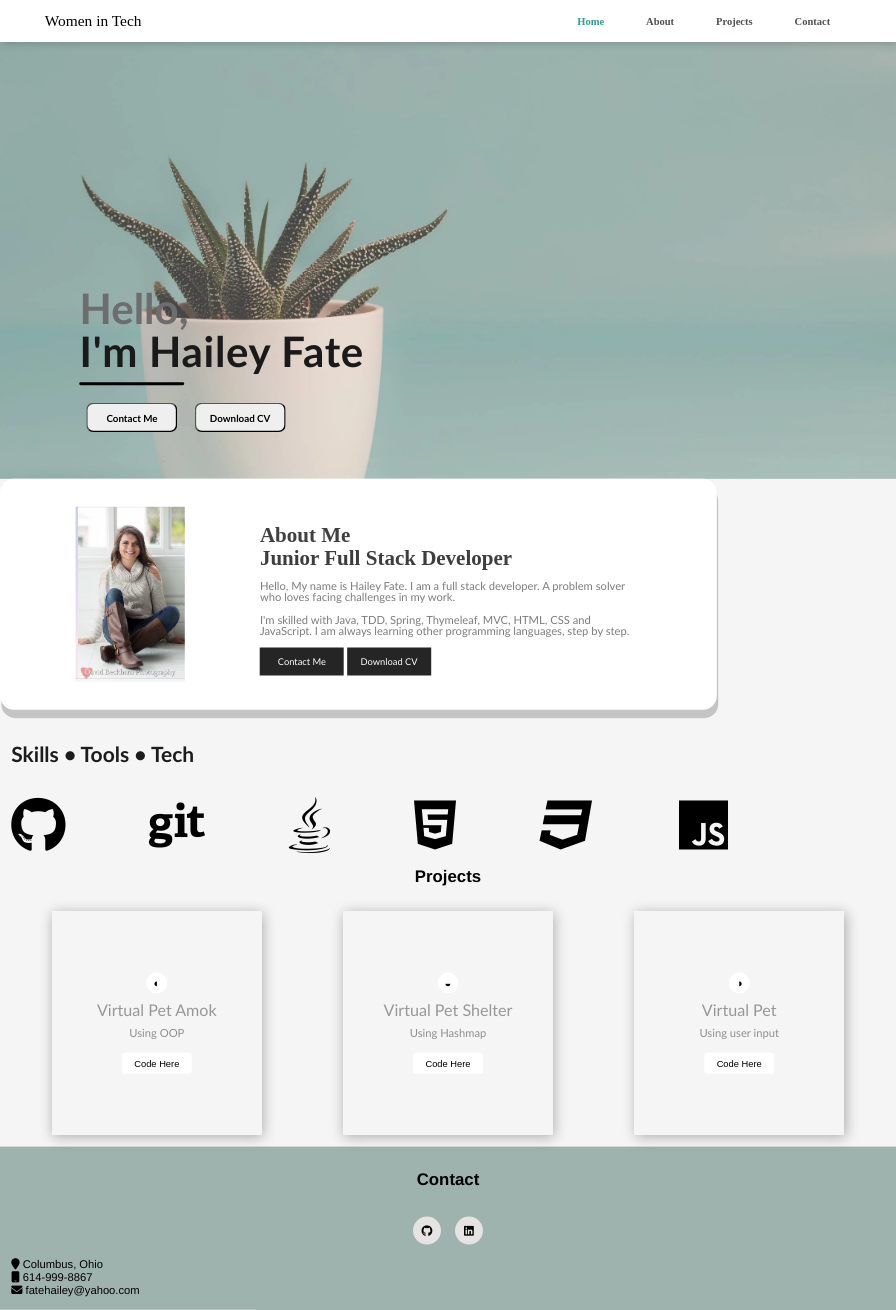
Repository: fatehailey/fatehailey.github.io
Page: index.html
These files come from the project's save history. The page is drawn as it stood at one moment and after a run of saves; the edit follows.
The browser window is 1280 px wide. The pictures show the whole page, at 70% of full size.
Some web libraries are served in a nearby version.

Above is the page before, as saved 2022-07-25 15:24:25.

### index.html
<!DOCTYPE html>
<html lang="en">

<head>
    <meta charset="UTF-8">
    <meta http-equiv="X-UA-Compatible" content="IE=edge">
    <meta name="viewport" content="width=device-width, initial-scale=1.0">
    <title>Professional Portfolio Website</title>
    <link rel="stylesheet" type="text/css" href="./style.css">
    <script src="https://kit.fontawesome.com/aba5373111.js" crossorigin="anonymous"></script>
</head>
<section>
    <!--------Navbar-->
    <nav>
        <header class="logo"> Women in Tech</header>
        <!--menu-->
        <ul>
            <li><a href="#" class="active">Home</a></li>
            <li><a href="#about">About</a></li>
            <li><a href="#projects">Projects</a></li>
            <li><a href="#contact-form">Contact</a></li>
        </ul>
    </nav>
    <!--text-->
    <div class="text-container">
        <p>Hello,</p>
        <p>I'm Hailey Fate</p>
        <p class="line"></p>
        <a href = "mailto: fatehailey@.com">
        <button id="contact-form">Contact Me</button></a>
        <a href="Resume -JAVA.pdf">
            <button>Download CV</button>
        </a>

    </div>
</section>
<div class="about-container">
    <!--img-->
    <img src="20638533_10207488042478732_6104525529025967976_n.jpg" />
    <!--about-me-text-->
    <div class="about-text">
        <p id="about">About Me</p>
        <p>Junior Full Stack Developer</p>
        <p>Hello, My name is Hailey Fate. I am a full stack developer. A problem solver who loves facing challenges in
            my work. </p>
        <p>I'm skilled with Java, TDD, Spring, Thymeleaf, MVC, HTML, CSS and JavaScript. I am always learning other
            programming languages, step by step.</p>
        <button id="contacts">Contact Me</button>
        <button onclick="Resume -JAVA.pdf">Download CV</button>
    </div>
</div>

<!--Project-->
<div class="skills">
    <!--text-->
    <div class="skills-text ">
        <p>Skills • Tools • Tech</p>
    </div>
    <div class="column">
        <i class="fa-brands fa-github"></i>
        <i class="fa-brands fa-git"></i>
        <i class="fa-brands fa-java"></i>
        <i class="fa-brands fa-html5"></i>
        <i class="fa-brands fa-css3"></i>
        <i class="fa-brands fa-js"></i>
    </div>
</div>
<h2 id="projects" style="text-align:center">Projects </h2>
<div class="box-container">
    <!--1------------->
    <div class="box-1">
        <span>◐</span>
        <p class="heading">Virtual Pet Amok</p>
        <p class="details">Using OOP</p>
        <a href="https://github.com/2022-April-Java-PT-Classroom/virtual-pet-amok-fatehailey">
            <button>Code Here</button>
        </a>
    </div>
    <!--2------------->
    <div class="box-2">
        <span>◒</span>
        <p class="heading">Virtual Pet Shelter</p>
        <p class="details">Using Hashmap</p>
        <a href="https://github.com/2022-April-Java-PT-Classroom/virtual-pet-shelter-fatehailey">
            <button>Code Here</button>
        </a>
    </div>
    <!--3------------->
    <div class="box-3">
        <span>◑</span>
        <p class="heading">Virtual Pet</p>
        <p class="details">Using user input</p>
        <a href="https://github.com/2022-April-Java-PT-Classroom/virtual-pet-fatehailey">
            <button>Code Here</button>
        </a>
    </div>
</div>
<footer>
    <div class="social-footer">
        <h2 id="contacts" style="text-align:center">Contact</h2>
        <div class="social-icons">
            <a href="https://github.com/fatehailey"><i class="fa-brands fa-github"></i></a>
            <a href="https://www.linkedin.com/in/haileyfate/"><i class="fa-brands fa-linkedin"></i></a>
        </div>
        <div class="place">
            <span class="fa-solid fa-location-pin"></span>
            <span class="text">Columbus, Ohio</span>
        <div class="phone">
            <span class="fa-solid fa-mobile"></span>
            <span class="text">614-999-8867</span>
        </div>
        <div class="email">
            <span class="fa-solid fa-envelope"></span>
            <span class="text">fatehailey@yahoo.com</span>
        </div>

    </div>
</footer>
</body>
</html>

### style.css

body{
    background-color: #f6f5f5;
    margin: 0;
    padding: 0px;
    font-family: 'Franklin Gothic Medium', 'Arial Narrow', Arial, sans-serif;
}
ul{
    list-style: none;
}
a{
    text-decoration: none;
}
section{
    width: 100%;
    height: 95vh;
    background-image: url('pexels-photo-1445416.webp');
    background-repeat: no-repeat;
    background-size: cover;
}
nav{
    display: flex;
    justify-content: space-between;
    align-items: center;
    height: 60px;
    background-color: #FFFFFF;
    box-shadow: 2px 2px 12px rgba(0,0,0,0.2);
    padding: 0px 5%;
}
nav ul{
    display: flex ;
}
nav ul li a{
    margin:30px;
    font-family: myraid pro regular;
    color:#505050;
    font-size: 15px;
    font-weight: 700;
}
.logo{
    font-family: RoadTest;
    color: #000000;
    font-size: 22px;
}
.active{
   font-weight:bold;
   color: #2e9e93;
}
.text-container p:nth-child(1){
    font-family: calibri;
    font-weight: bold;
    color: #6d6d6d;
    font-size: 60px;
    padding-bottom: 1rem;
}
.text-container p:nth-child(2){
    font-family: calibri;
    font-weight: bold;
    letter-spacing: 1px;
    color: #1a1a1a;
    font-size: 60px;
}
.text-container p:nth-child(3){
    font-family: myrid pro regular;
    color: #403e3e;
    font-size: 30px;
    line-height: 30px;
}
.text-container p{
    line-height: 0px;
    margin: 45px 0px 25px;
}
.line{
    width: 150px;
    height: 4px;
    background: #000000;
    margin: 10px auto;
    border-radius: 5px;
}
.text-container{
    position: absolute;
    left: 13%;
    top:42%;
    transform: translate(-13%, 42%);
}
.text-container button{
    width:130px;
    height: 42px;
    border-radius: 10px;
    font-family: calibri;
    font-weight: bold;
    font-size: 14px;
    outline:none;
    margin:0px 10px;
}
.abtme{
    border:2px solid #373636;
    color: #373636;
}
.down-cv{
    background-color: #0b0b0b;
    color: #FFFFFF;
    border: none;
}
button:active{
    transform:scale(1.1);
}

.about-container{
    width: 80%;
    height:330px;
    background-color: #ffffff;
    border-radius: 20px;
    box-shadow: 2px 12px rgba(0,0,0,0.2);
    display:flex;
    position: relative;
    justify-content: space-evenly;
    align-items: center;
}
.about-container img{
    height: 250px;
    margin-left: 5px;
}

.about-text{
    width: 550px;
    margin-left: 5px;;

}
.about-text p:nth-child(1){
    color: #403e3e;
    font-family: myriad pro;
    font-weight: bold;
    font-size: 30px;
    line-height: 0px;
}
.about-text p:nth-child(2){
    color: #3e3d3d;
    font-size: 30px;
    font-family: myriad pro;
    font-weight: bold;
    line-height: 5px;
}
.about-text p:nth-child(3),
.about-text p:nth-child(4){
    color: #7e7d7d;
    font-size: 20pxpx;
    font-family: calibri;
    line-height: 16px;
}
.about-text button{
    width:120px;
    height:40px;
    color: #FFFFFF;
    outline: none;
    border:none;
    font-family: calibri;
    background-color: #262525;
}
.skills-text p:nth-child(1){
	font-family: calibri;
	font-weight:bold;
	color:#1d1c1c;
	font-size:30px;
	line-height:0px;
}
.skills-text{
    padding-top: 2rem;
    padding-bottom: 2rem;
    padding-left: 1rem;;
	width: 500px;
    display: flex;
}
.column
{
    flex: 50%;
    padding-left: 1rem;
    padding-right: 15rem;
    justify-content: space-between;
    display: flex;
    flex-flow: row wrap;
    margin-bottom: 15px;
    font-size: 5rem;
}
.column img
{
    float: left;
    width:  100px;
    height: 100px;
    object-fit: cover;
}
.box-container{
	display:flex;
	justify-content: space-around;
    padding: 1rem;
}
.box-1,.box-2,.box-3{
	width: 300px;
	height:320px;
	background-repeat: no-repeat;
	background-size: cover;
	box-shadow:2px 2px 18px rgba(0,0,0,0.3);
	align-items: center;
	justify-content: center;
	display: flex;
	flex-direction: column;
	margin: 0px 20px;
}
.box-1 span,
.box-2 span,
.box-3 span{
	width:30px;
	height:30px;
	border-radius:50%;
	background-color:#ffffff;
	display: flex;
	justify-content: center;
	align-items:center;
	font-family: calibri;
	font-weight: bold;
}
.box-1 p:nth-child(2),
.box-2 p:nth-child(2),
.box-3 p:nth-child(2){
	color:#979797;
	font-family: calibri;
	font-size: 23px;
	line-height:0px;

}
.box-1 p:nth-child(3),
.box-2 p:nth-child(3),
.box-3 p:nth-child(3){
	font-family: calibri;
	color:#8F8F8F;
	text-align:center;
	width: 230px;
	margin:0px 0px 20px 0px;

}
.box-1 button,
.box-2 button,
.box-3 button{
	width:100px;
	height:30px;
	background-color:#FFFFFF;
	border:none;
	outline: none;
	border-radius:5px;
}
footer{
    background-color: #9eb3ae;
    height: 220px;
    width: 100%;
    min-height: 5rem;
    margin: auto;
    padding-top: 1%;
}
.place{
    padding-left: 1rem;

}

.social-icons a{
    width:40px;
    height:40px;
    display: flex;
    justify-content: center;
    align-items: center;
    background-color:#e6e3e3;
    margin:20px 10px;
    border-radius:50%;
}
.social-icons{
    display: flex;
    justify-content: center;
}

.social-icons i,.social i{
    color:#000000;
}
.social-icons a:hover{
    background-color:#000000;
    box-shadow:2px 2px 12px rgba(0,0,0,0.2);
    transition:all ease 0.5s;
}
.social-icons a:hover i,
.social a:hover i{
    color:#FFFFFF;
    transition:all ease 0.5s;
}

After the next 2 saves:
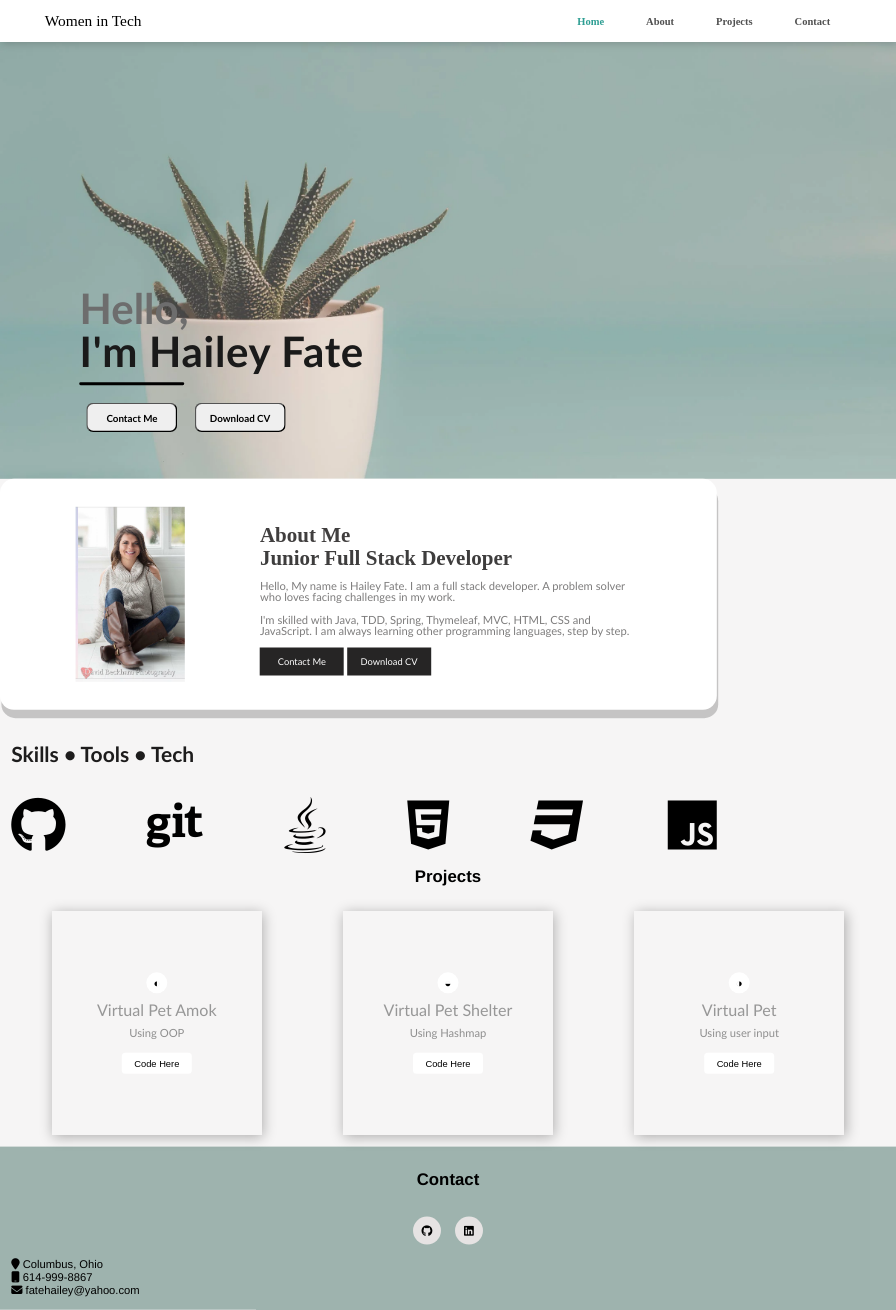
The 2 saves are shown as one change because they came seconds apart.
The last was saved 6 s later.
--- a/style.css
+++ b/style.css
@@ -175,7 +175,7 @@
 {
     flex: 50%;
     padding-left: 1rem;
-    padding-right: 15rem;
+    padding-right: 16rem;
     justify-content: space-between;
     display: flex;
     flex-flow: row wrap;
